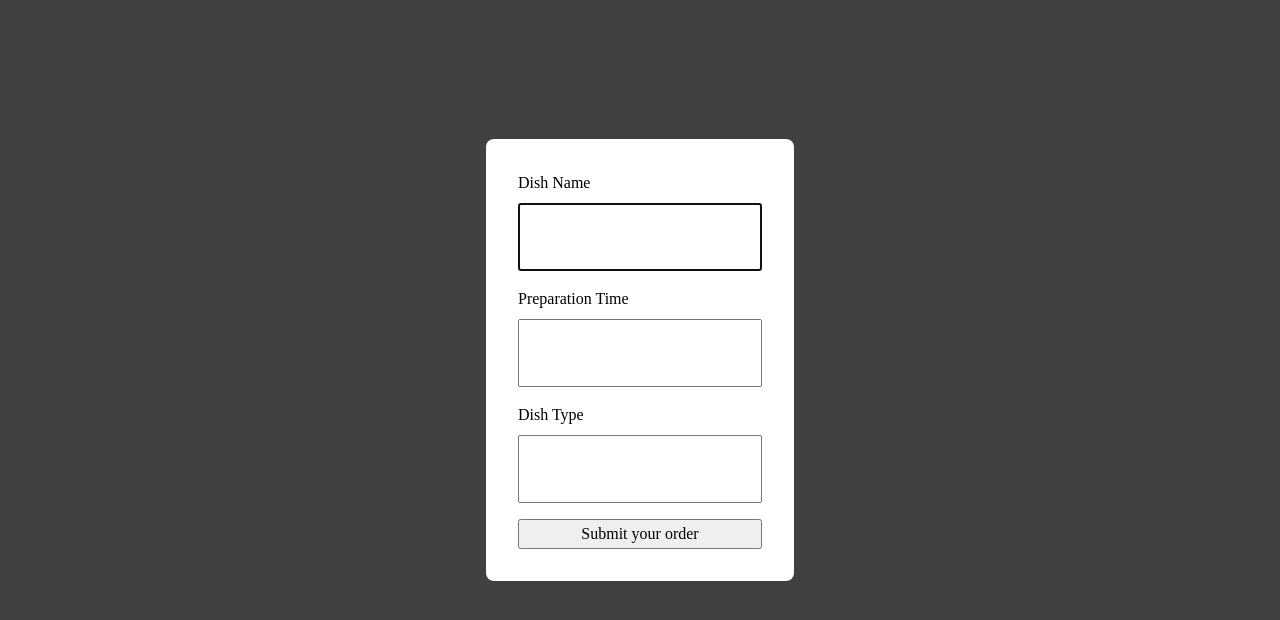
Repository: hjubsoni/hex-ocean-task
Page: /, after clicking the first element matching `button.order-button`
The author's editor kept a copy of each file at every save. The page is drawn from the files as they stood at one save, then again after a run of saves.
The browser window is 1280 px wide. The pictures show the whole page.
The project was rebuilt for these pictures with package versions that can differ from the ones it lists, and the page was loaded fresh each time. Also part of the build but not shown: vite.config.ts.

Above is the page before, as saved 2023-03-21 22:30:38.

After the next 2 saves:
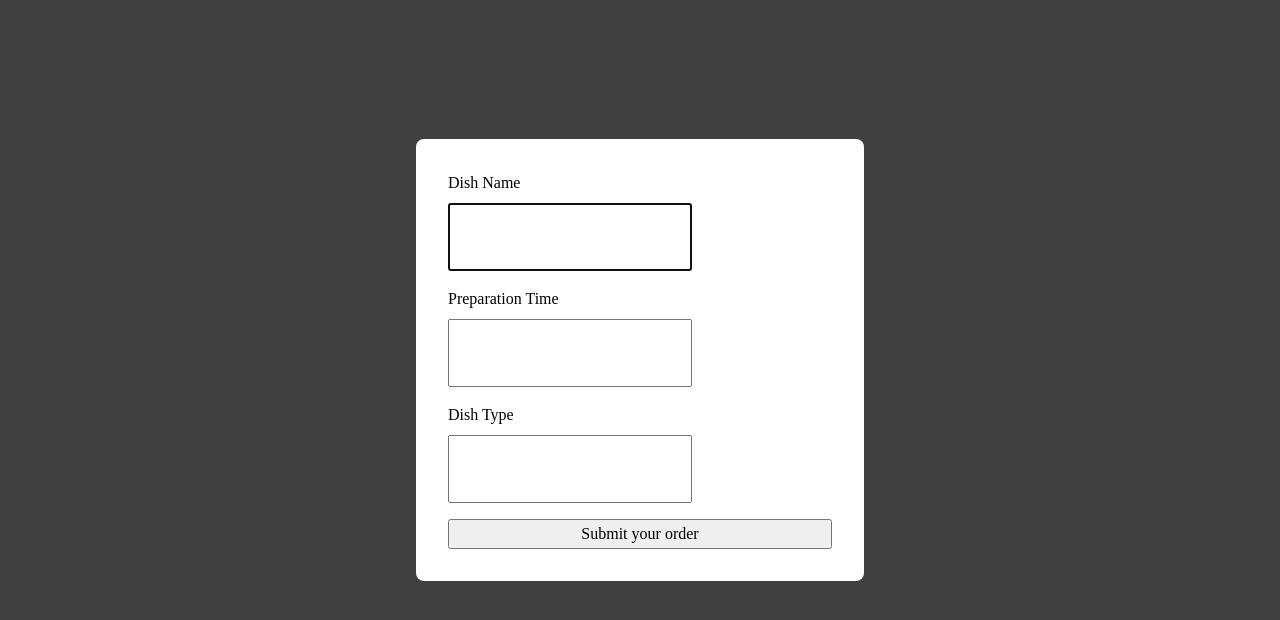
The 2 saves are shown as one change because they came seconds apart.
The last was saved 11 s later.
--- a/src/components/ModalForm/styles.css
+++ b/src/components/ModalForm/styles.css
@@ -21,7 +21,7 @@
   flex-direction: column;
   gap: 16px;
   width: 100%;
-  max-width: 20rem;
+  min-width: 28rem;
 }
 
 .form-label {
